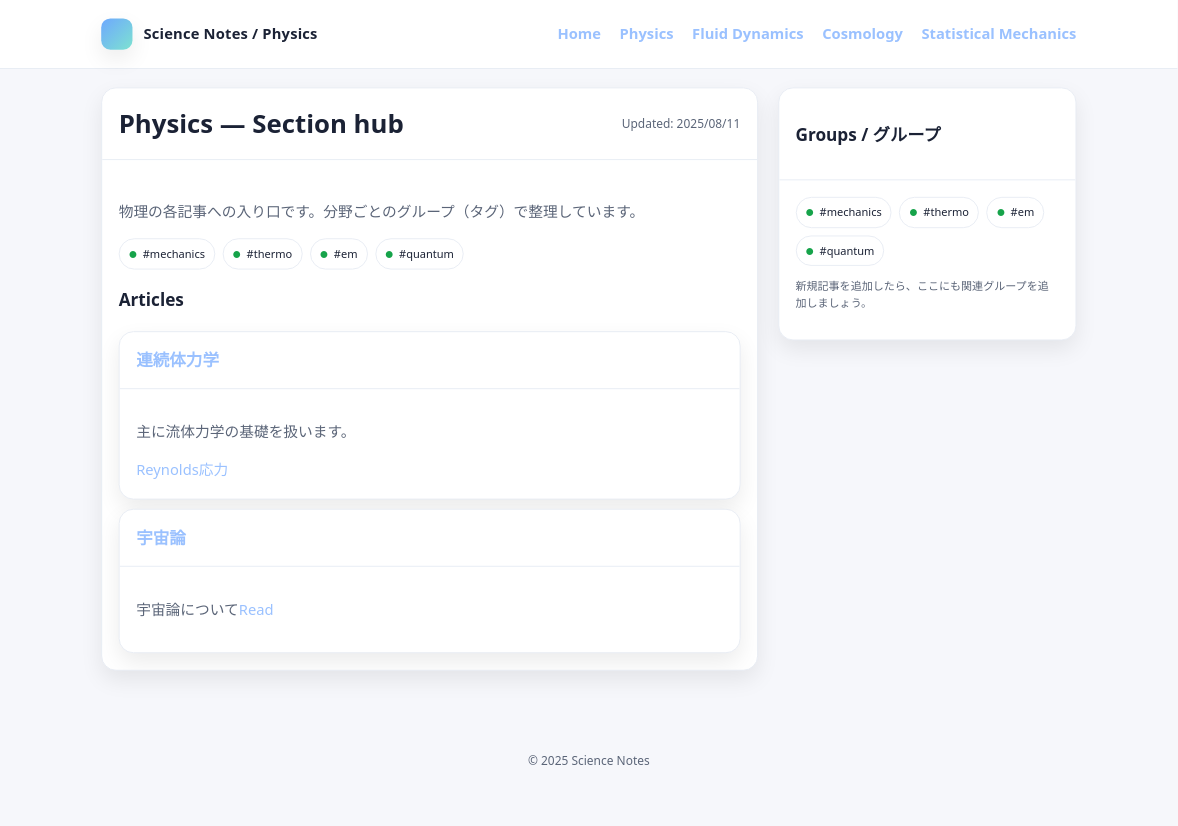
Repository: Riki-Mochimaru/tureduretunedune
Page: physics/index.html
An editor plug-in stored every save of this project. The page is shown before and after the next save, followed by the edit.
The browser window is 1280 px wide. The pictures show the whole page, at 92% of full size.

Above is the page before, as saved 2025-08-12 00:00:48.

### physics/index.html
<!-- ===============================
     FILE 1: physics/index.html — Physics section hub
     Save this as: /physics/index.html
     (American English in code comments; British English in visible prose.)
================================== -->
<!DOCTYPE html>
<html lang="ja">
<head>
  <meta charset="utf-8" />
  <meta name="viewport" content="width=device-width, initial-scale=1" />
  <title>Physics — Science Notes</title>
  <link rel="stylesheet" href="../assets/styles.css"><!-- shared CSS -->
</head>
<body>
  <header class="site">
    <div class="shell row">
      <div class="brand"><div class="brand-badge"></div><div>Science Notes / Physics</div></div>
      <nav>
        <a href="../">Home</a>
        <a href="./">Physics</a>
        <a href="FluidDynamics/">Fluid Dynamics</a>
        <a href="Cosmology/">Cosmology</a>
        <a href="SM/">Statistical Mechanics</a>
      </nav>
    </div>
  </header>

  <main class="shell">
    <section class="grid" aria-label="Physics articles and sidebar">
      <div>
        <article class="card post">
          <div class="hd">
            <h2>Physics — Section hub</h2>
            <div class="meta"><span>Updated: <time data-auto-updated datetime="">—</time>
            </span></div>
          </div>
          <div class="bd">
            <p class="lead">物理の各記事への入り口です。分野ごとのグループ（タグ）で整理しています。</p>
            <div class="tags">
              <span class="tag" data-g="phys">#mechanics</span>
              <span class="tag" data-g="phys">#thermo</span>
              <span class="tag" data-g="phys">#em</span>
              <span class="tag" data-g="phys">#quantum</span>
            </div>

            <!-- Article list (add more <article> blocks or <li> items) -->
            <h3>Articles</h3>
            <div class="list">
              <article class="card">
                <div class="hd"><h2 style="font-size:18px; margin:0;">
                  <a href="FluidDynamics/">連続体力学</a>
                </h2></div>
                <div class="bd">
                  <!-- <div class="meta"><span>Topic: Fluid Dynamics</span></div> -->
                  <p class="lead">主に流体力学の基礎を扱います。
                 <div>
                    <a href="FluidDynamics/ReynoldsTensil.html">Reynolds応力</a>
                </div>
                </div>

              </article>

              <article class="card">
                <div class="hd"><h2 style="font-size:18px; margin:0;">
                  <a href="Cosmology/">宇宙論</a>
                </h2></div>
                <div class="bd">
                  <!-- <div class="meta"><span>Topic: Mechanics</span></div> -->
                  <p class="lead">宇宙論について<a href="Cosmology/">Read</a></p>
                  <!-- <div class="tags"><span class="tag" data-g="phys">#mechanics</span></div> -->
                </div>
              </article>
            </div>
          </div>
        </article>
      </div>

      <aside class="aside">
        <section class="card">
          <div class="hd"><h3>Groups / グループ</h3></div>
          <div class="bd">
            <div class="tags">
              <span class="tag" data-g="phys">#mechanics</span>
              <span class="tag" data-g="phys">#thermo</span>
              <span class="tag" data-g="phys">#em</span>
              <span class="tag" data-g="phys">#quantum</span>
            </div>
            <p class="hint">新規記事を追加したら、ここにも関連グループを追加しましょう。</p>
          </div>
        </section>
      </aside>
    </section>
  </main>

  <footer class="site"><div class="shell">© 2025 Science Notes</div></footer>

  <!-- MathJax (enable TeX rendering if you use TeX on this page) -->
  <script>
    window.MathJax = { tex: { inlineMath: [['$','$'], ['\\(','\\)']], displayMath: [['$$','$$'], ['\\[','\\]']] }, options: { renderActions: { addMenu: [] } } };
  </script>
  <script src="https://cdn.jsdelivr.net/npm/mathjax@3/es5/tex-mml-chtml.js" async></script>
</body>
</html>

<script>
    // Client-side: auto-fill "Updated" date from document.lastModified
    document.querySelectorAll('time[data-auto-updated]').forEach(t => {
      const d = new Date(document.lastModified);
      // ISO (yyyy-mm-dd)
      const iso = new Date(d.getTime() - d.getTimezoneOffset()*60000)
                    .toISOString().slice(0,10);
      t.setAttribute('datetime', iso);
      // Human-readable in Japanese (Asia/Tokyo)
      t.textContent = d.toLocaleDateString('ja-JP', {
        timeZone: 'Asia/Tokyo', year: 'numeric', month: '2-digit', day: '2-digit'
      });
    });
    </script>

### assets/styles.css
/* styles.css — Science Notes
   House style: British English prose; American English in code comments.
*/

/* =========================
   Design tokens
   ========================= */
   :root {
    --bg: #0b0c10;
    --surface: #0f1117;
    --card: #121520;
    --text: #e8ecf8;
    --subtle: #9aa3b2;
    --border: #1e2636;
    --brand: #6ea8fe;
    --accent: #7de2d1;
    --warn: #ffd166;
    --danger: #ff6b6b;
    --radius: 16px;
    --shadow: 0 10px 24px rgba(0,0,0,.35), 0 1px 0 rgba(255,255,255,.04) inset;
    --font-sans: ui-sans-serif, system-ui, -apple-system, Segoe UI, Roboto, Noto Sans JP, "Helvetica Neue", Arial;
    --font-mono: ui-monospace, SFMono-Regular, Menlo, Monaco, Consolas, "Liberation Mono", monospace;
  }
  @media (prefers-color-scheme: light) {
    :root {
      --bg: #f6f7fb; --surface: #ffffff; --card: #ffffff; --text: #1b2235; --subtle: #5b6578; --border: #e7ecf4;
      --shadow: 0 10px 24px rgba(0,0,0,.08);
    }
  }

  /* Base */
  *, *::before, *::after { box-sizing: border-box; }
  html, body { height: 100%; }
  body { margin: 0; font-family: var(--font-sans); background: var(--bg); color: var(--text); line-height: 1.6; }
  /* Accessible link look */
  a { color: #9ac1ff; text-decoration: none; }
  a:hover { text-decoration: underline; }

  /* Header */
  header.site { position: sticky; top: 0; z-index: 10; background: color-mix(in oklab, var(--surface) 92%, transparent); border-bottom: 1px solid var(--border); backdrop-filter: blur(6px); }
  .shell { max-width: 1100px; margin: 0 auto; padding: 20px; }
  .row { display: grid; grid-template-columns: 1fr auto; align-items: center; gap: 16px; }
  .brand { display: flex; align-items: center; gap: 12px; font-weight: 800; letter-spacing: .2px; }
  .brand-badge { width: 34px; height: 34px; border-radius: 10px; background: linear-gradient(135deg, var(--brand), var(--accent)); box-shadow: var(--shadow); }
  nav a { margin-left: 16px; font-weight: 600; }

  /* Layout */
  main { padding-top: 10px; }
  .grid { display: grid; grid-template-columns: 2.2fr 1fr; gap: 22px; align-items: start; }
  @media (max-width: 980px) { .grid { grid-template-columns: 1fr; } }

  /* Cards */
  .card { background: var(--card); border: 1px solid var(--border); border-radius: var(--radius); box-shadow: var(--shadow); overflow: clip; }
  .card .hd { padding: 16px 18px; border-bottom: 1px solid var(--border); display:flex; align-items:center; justify-content: space-between; }
  .card .bd { padding: 18px; }

  /* Tag/Group chips */
  .tags { display:flex; flex-wrap: wrap; gap: 8px; }
  .tag { --c: #334155; color: var(--text); font-size: 12px; padding: 6px 10px; border: 1px solid var(--border); border-radius: 999px; background: color-mix(in oklab, var(--card) 88%, transparent); }
  .tag[data-g="math"]   { --c: #2563eb; }
  .tag[data-g="phys"]   { --c: #16a34a; }
  .tag[data-g="cs"]     { --c: #a855f7; }
  .tag[data-g="stats"]  { --c: #eab308; }
  .tag[data-g="ethics"] { --c: #ef4444; }
  .tag::before { content: "●"; font-size: 10px; margin-right: 6px; color: var(--c); }

  /* Article */
  article.post { display: grid; gap: 10px; }
  article.post h2 { margin: 0; font-size: clamp(20px, 2.6vw, 28px); }
  .meta { color: var(--subtle); font-size: 13px; display:flex; gap: 12px; flex-wrap: wrap; }
  .lead { color: var(--subtle); }

  /* Math blocks (TeX text before JS render) */
  .math { font-family: var(--font-mono); background: color-mix(in oklab, var(--card) 90%, transparent); border: 1px dashed var(--border); border-radius: 10px; padding: 10px 12px; overflow:auto; }
  .eqno { float: right; color: var(--subtle); margin-left: 8px; }

  /* Comment UI (static) */
  .comments { margin-top: 8px; border-top: 1px dashed var(--border); padding-top: 10px; }
  .comment { display: grid; grid-template-columns: 40px 1fr; gap: 10px; padding: 12px 0; }
  .comment + .comment { border-top: 1px dashed var(--border); }
  .avatar { width: 40px; height: 40px; border-radius: 50%; background: linear-gradient(135deg, var(--brand), var(--accent)); display:grid; place-items:center; font-weight: 800; color: #0008; }
  .who { font-weight: 700; }
  .when { color: var(--subtle); font-size: 12px; }

  /* Simple form look (non-functional without JS/backend) */
  .form { display: grid; gap: 10px; background: color-mix(in oklab, var(--card) 90%, transparent); border: 1px solid var(--border); border-radius: 12px; padding: 12px; }
  .input, .textarea { width: 100%; padding: 10px 12px; border-radius: 10px; border: 1px solid var(--border); background: var(--surface); color: var(--text); outline: none; }
  .input:focus, .textarea:focus { box-shadow: 0 0 0 6px #2a5fff33; }
  .btn { display: inline-flex; align-items: center; justify-content: center; gap: 8px; padding: 10px 14px; font-weight: 700; border-radius: 10px; border: 1px solid var(--border); background: linear-gradient(180deg, var(--brand), #4d86f7); color: #fff; cursor: not-allowed; opacity: .8; }
  .hint { font-size: 12px; color: var(--subtle); }

  /* Aside */
  .aside .card + .card { margin-top: 18px; }
  .list { display: grid; gap: 10px; }

  /* Footer */
  footer.site { margin-top: 28px; color: var(--subtle); font-size: 13px; text-align: center; padding: 20px 0 40px; }

  /* Print */
  @media print {
    header.site, footer.site { display:none; }
    .card { box-shadow: none; border-color: #ccc; }
    a { color: #000; text-decoration: none; }
  }

After the next save:
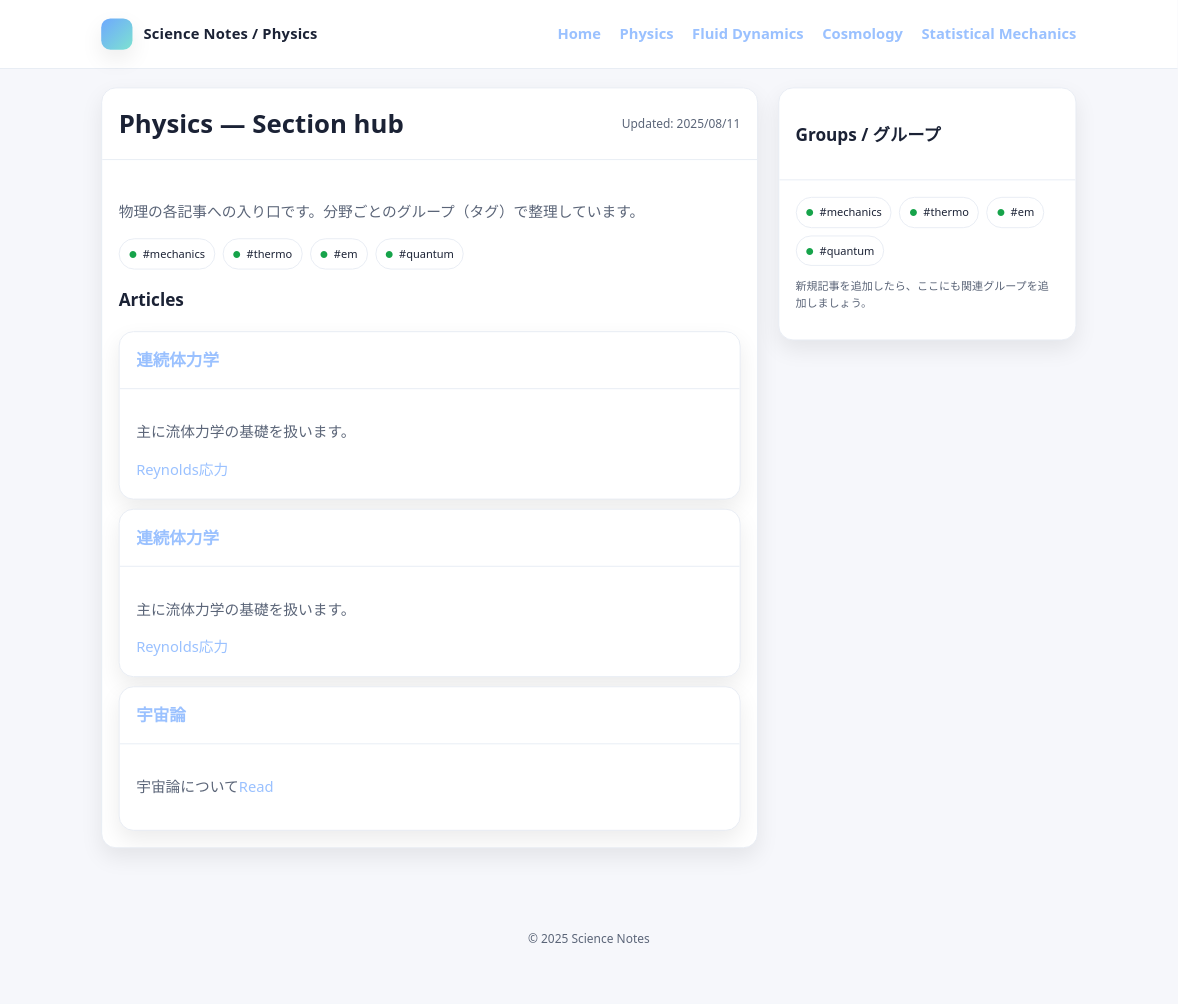
Saved 71 s later.
--- a/physics/index.html
+++ b/physics/index.html
@@ -46,6 +46,19 @@
             <!-- Article list (add more <article> blocks or <li> items) -->
             <h3>Articles</h3>
             <div class="list">
+                <article class="card">
+                    <div class="hd"><h2 style="font-size:18px; margin:0;">
+                      <a href="FluidDynamics/">連続体力学</a>
+                    </h2></div>
+                    <div class="bd">
+                      <!-- <div class="meta"><span>Topic: Fluid Dynamics</span></div> -->
+                      <p class="lead">主に流体力学の基礎を扱います。
+                     <div>
+                        <a href="FluidDynamics/ReynoldsTensil.html">Reynolds応力</a>
+                    </div>
+                    </div>
+
+                  </article>
               <article class="card">
                 <div class="hd"><h2 style="font-size:18px; margin:0;">
                   <a href="FluidDynamics/">連続体力学</a>
